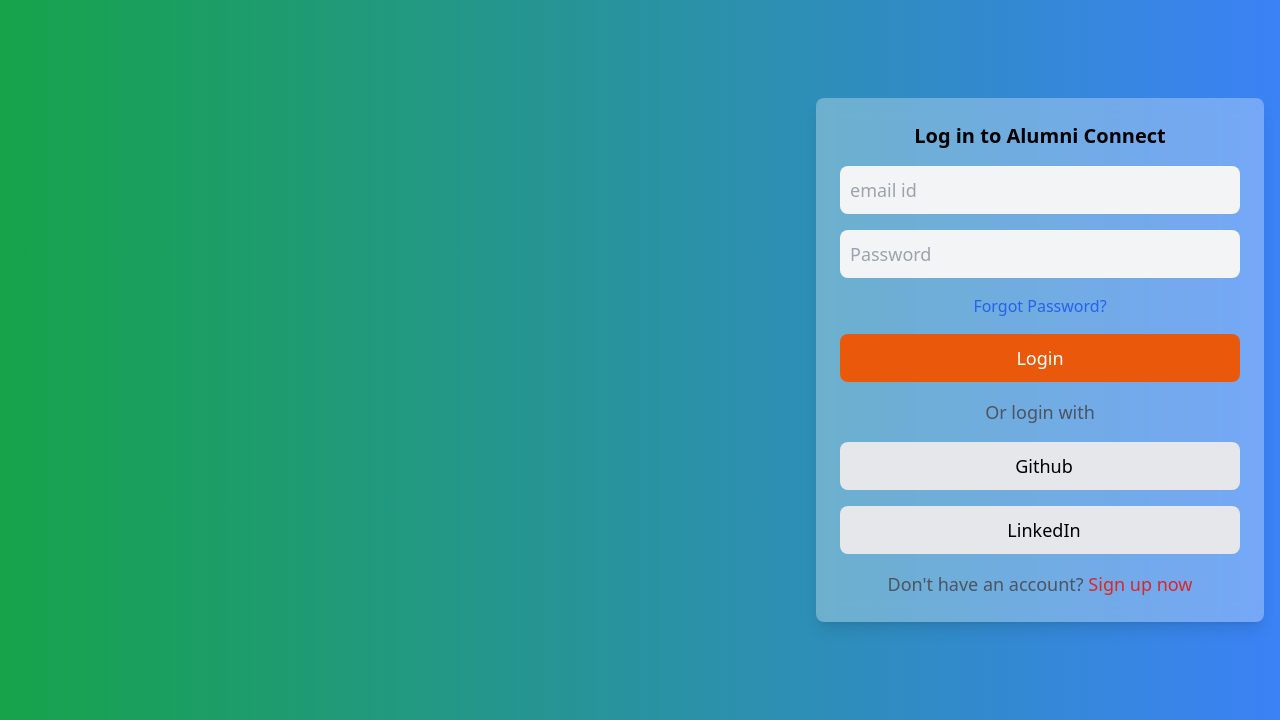
Repository: ptsdpatient/SIH24
Page: /login (app in frontend/)
The author's editor kept a copy of each file at every save. The page is drawn from the files as they stood at one save, then again after the next save.
The browser window is 1280 px wide. The pictures show the whole page.
The page's requests for data from a server got no answer. Some web libraries are served in a nearby version. The project was rebuilt for these pictures with package versions that can differ from the ones it lists, and the page was loaded fresh each time. The framework's server and built-in components were replaced by stand-ins that run in the browser. No one was signed in, and anything a server would have sent is missing.

Above is the page before, as saved 2024-09-14 16:00:01.

After the next save:
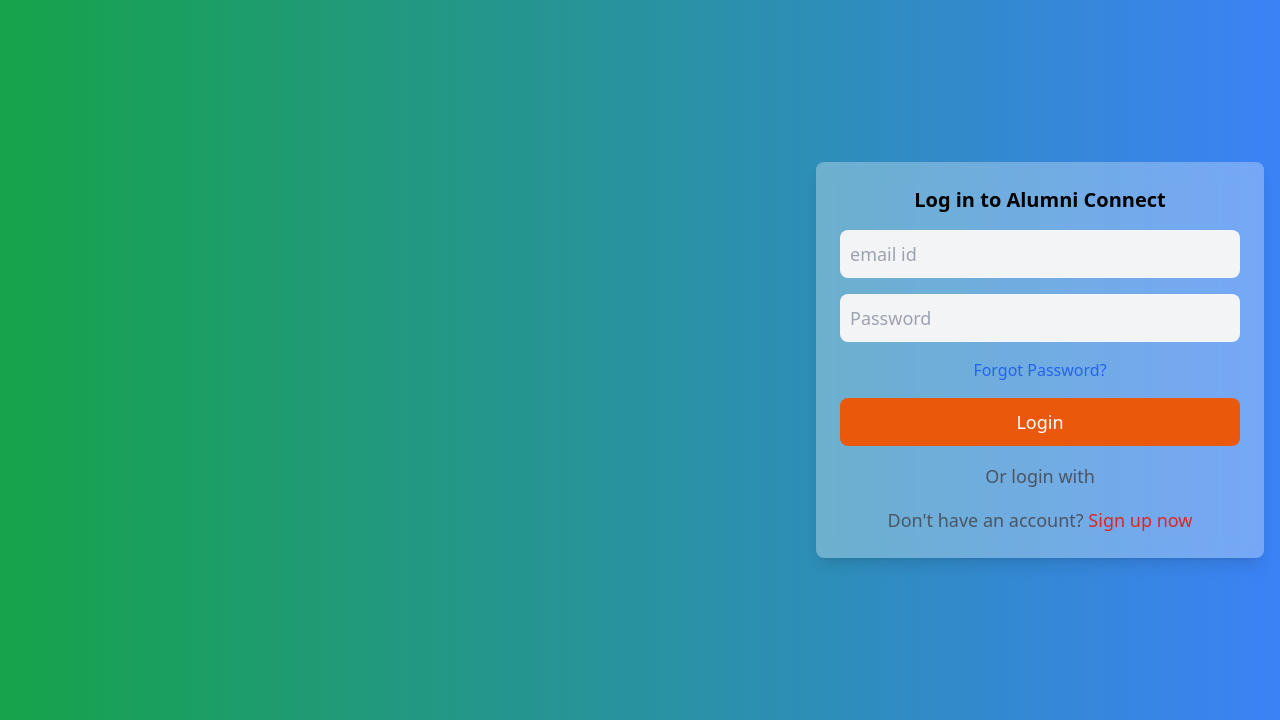
Saved 4 s later.
--- a/frontend/src/routes/login/+page.svelte
+++ b/frontend/src/routes/login/+page.svelte
@@ -95,12 +95,7 @@
 
                 <p id="suggest" class="text-gray-600 text-center text-lg mb-4">Or login with</p>
 
-                <button class="w-full p-2.5 mb-4 border-none rounded-lg text-lg bg-gray-200 flex items-center justify-center">
-                    <i class="fa-brands fa-github mr-2"></i> Github
-                </button>
-                <button class="w-full p-2.5 mb-4 border-none rounded-lg text-lg bg-gray-200 flex items-center justify-center">
-                    <i class="fa-brands fa-linkedin mr-2"></i> LinkedIn
-                </button>
+
                 <p id="suggest" class="text-gray-600 text-center text-lg">Don't have an account?
                     <a href="login.svelte" id="signup" class="text-red-600">Sign up now</a>
                 </p>
